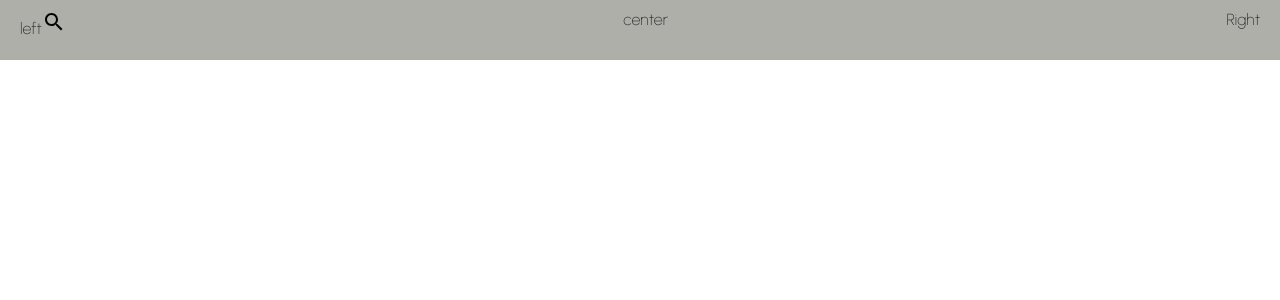
Repository: WaiMaungMaung/React_Ecom
Page: /
These files come from the project's save history. The page is drawn as it stood at one moment and after a run of saves; the edit follows.
The browser window is 1280 px wide. The pictures show the whole page.
The project was rebuilt for these pictures with package versions that can differ from the ones it lists, and the page was loaded fresh each time.

Above is the page before, as saved 2022-05-04 22:54:02.

After the next 2 saves:
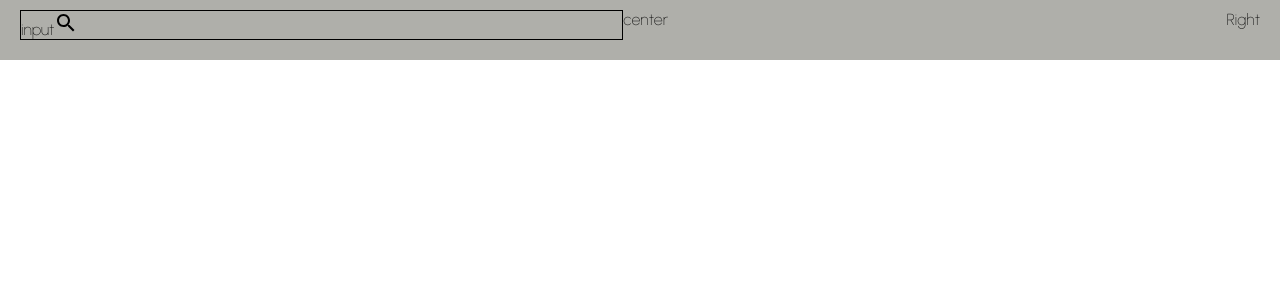
The 2 saves are shown as one change because 1 did not build or start.
The last was saved 3 min 29 s later.
--- a/src/components/NavBar.jsx
+++ b/src/components/NavBar.jsx
@@ -10,6 +10,10 @@ const Wrapper = styled.div`
   padding: 10px 20px;
   display: flex;
   justify-content: space-between;
+`;
+
+const SearchContainer = styled.div`
+  border: 1px solid black;
 `;
 const Left = styled.div`
   flex: 1;
@@ -24,8 +28,10 @@ const NavBar = () => {
     <Container>
       <Wrapper>
         <Left>
-          left
-          <Search />
+          <SearchContainer>
+            input
+            <Search />
+          </SearchContainer>
         </Left>
         <Center>center</Center>
         <Right>Right</Right>
